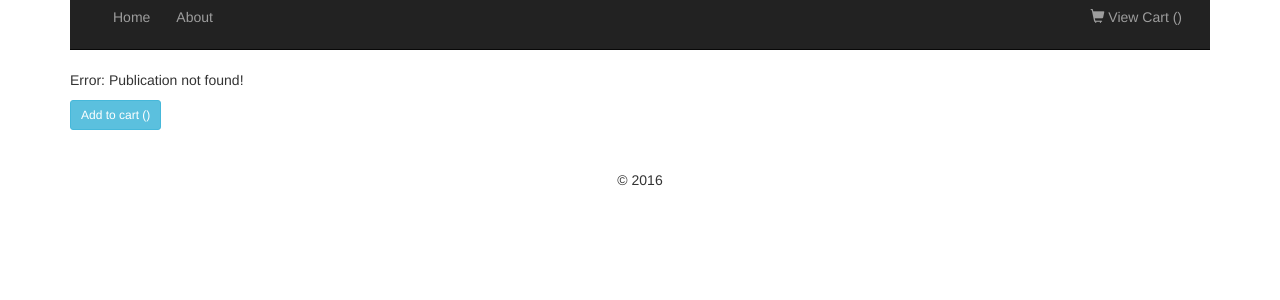
Repository: iancwwong/DigitalBibliographicalLibrary
Page: http://localhost/DigitalBibliographicLibrary/publicationpage.jsp
The author's editor kept a copy of each file at every save. The page is drawn from the files as they stood at one save, then again after the next save.
The browser window is 1280 px wide. The pictures show the whole page.
The page is served by Tomcat 9. The template is opened directly, without the code that normally fills it, so the values that code supplies are empty.

Above is the page before, as saved 2016-08-28 01:33:45.

After the next save:
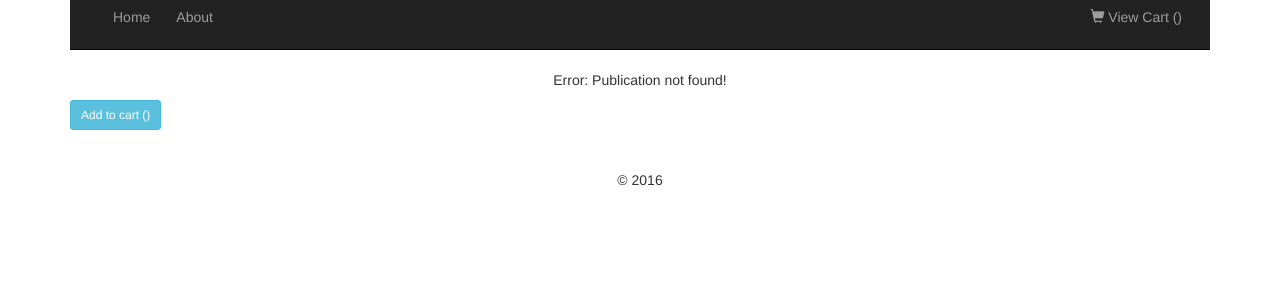
Saved 24 s later.
--- a/DigitalBibliographicLibrary/WebContent/publicationpage.jsp
+++ b/DigitalBibliographicLibrary/WebContent/publicationpage.jsp
@@ -35,7 +35,7 @@
 		<!-- Content -->
 		<c:choose>
 			<c:when test="${empty publicationPageBean.publication.id}">
-				<p>Error: Publication not found!</p>
+				<center><p>Error: Publication not found!</p></center>
 			</c:when>
 
 			<c:otherwise>
